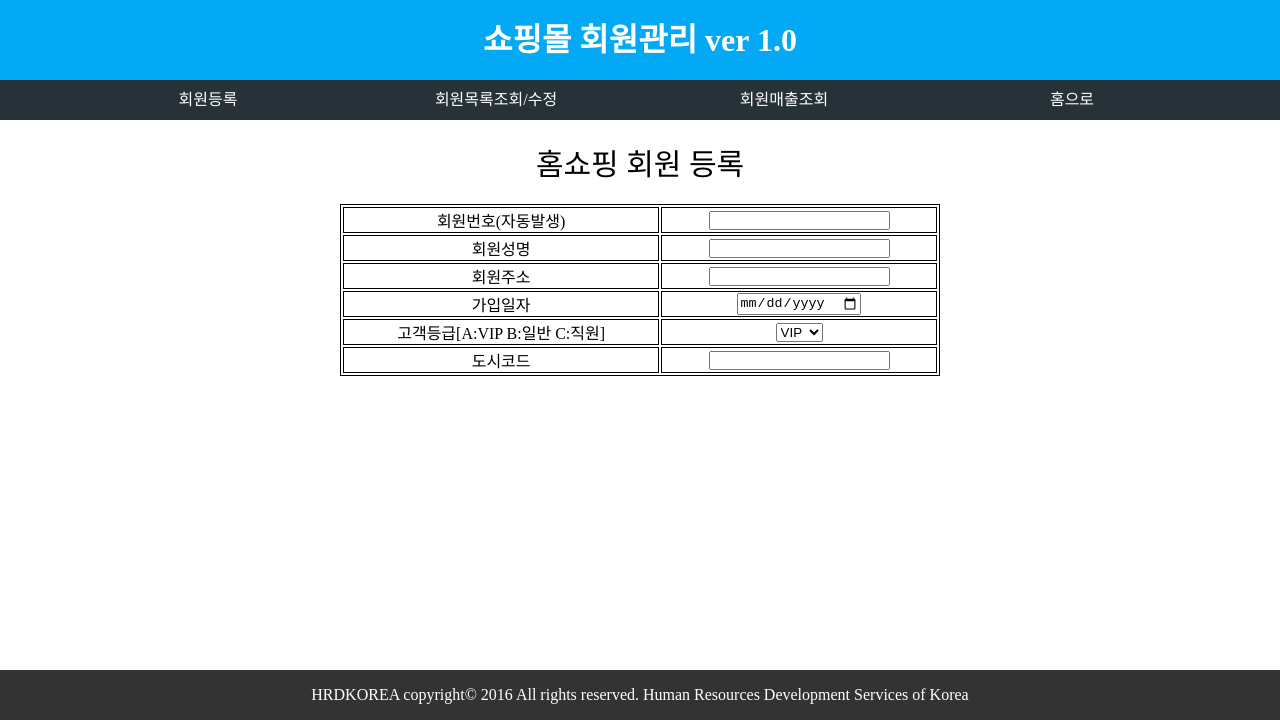
Repository: choiyuhee0722/two-crud
Page: http://localhost/HRD_000/WEB-INF/view/memberInput.jsp
These files come from the project's save history. The page is drawn as it stood at one moment and after the next save; the edit follows.
The browser window is 1280 px wide. The pictures show the whole page.
The page is served by Tomcat 9. Nobody is signed in. Other server files are loaded and not shown. The template is opened directly, without the code that normally fills it, so the values that code supplies are empty.

Above is the page before, as saved 2024-03-27 10:48:13.

### HRD_000/src/main/webapp/WEB-INF/view/memberInput.jsp
<%@ page language="java" contentType="text/html; charset=UTF-8"
    pageEncoding="UTF-8"%>

<jsp:include page="master/header.jsp"/>

    <section>
    <div class="container">
    	<p class="title">홈쇼핑 회원 등록</p>
    	<form action="/memberInsert" method="post" name="frm">
    		<table width="600px">
    			<tr>
    				<td>회원번호(자동발생)</td>
    				<td><input type="number" value="${custno}" name="custno" id="custno" readonly="readonly"></td>
    			</tr>
    			<tr>
    				<td>회원성명</td>
    				<td><input type="text" id="phone" name="phone"></td>
    			</tr>
    			<tr>
    				<td>회원주소</td>
    				<td><input type="text" id="address" name="address"></td>
    			</tr>
    			<tr>
    				<td>가입일자</td>
    				<td><input type="date" id="joindate" name="joindate"></td>
    			</tr>
    			<tr>
    				<td>고객등급[A:VIP B:일반 C:직원]</td>
    				<td><select id="grade" name="grade">
    					<option value="A">VIP</option>
    					<option value="B">일반</option>
    					<option value="C">직원</option>
    					</select>
    				</td>
    			</tr>
    			<tr>
    				<td>도시코드</td>
    				<td><input type="text" id="city" name=""city""></td>
    			</tr>
    		</table>
    	</form>
    </div>
    </section>

<jsp:include page="master/footer.jsp"/>

### HRD_000/src/main/webapp/WEB-INF/view/master/header.jsp
<%@ page language="java" contentType="text/html; charset=EUC-KR"
    pageEncoding="UTF-8"%>
<!DOCTYPE html>
<html>
<head>
	<meta charset="UTF-8">
	<title>쇼핑몰 회원관리</title>
	<link rel="stylesheet" href="/css/style.css?after">
</head>
<body>
	<!-- header -->
	<header>
		<h1>쇼핑몰 회원관리 ver 1.0</h1>
	</header>
	<!-- //header -->

	<!-- nav -->
	<nav>
			<ul>
					<li><a href="/memberInsert">회원등록</a></li>
					<li><a href="/memberList">회원목록조회/수정</a></li>
					<li><a href="/memberMoneyList">회원매출조회</a></li>
					<li><a href="/">홈으로</a></li>
			</ul>
	</nav>
	<!--// nav -->
</body>
</html>

### HRD_000/src/main/webapp/WEB-INF/view/master/footer.jsp
<%@ page language="java" contentType="text/html; charset=EUC-KR"
    pageEncoding="UTF-8"%>
	<!-- footer -->
	<footer>
		HRDKOREA copyright&copy; 2016 All rights reserved.
		Human Resources Development Services of Korea
	</footer>
	<!-- //footer -->
</body>
</html>

### HRD_000/src/main/webapp/css/style.css
/* init */
*{
		padding: 0;
		margin: 0 auto;
}
ul{
		list-style: none;
}
a{
		color: inherit;
		text-decoration: none;
}

/*header*/
header{
		width: 100%;
		height: 80px;
		background-color: #03A9F4;
		text-align: center;
		line-height: 80px;
		color: white;
}

/*nav*/
nav{
		width: 100%;
		height: 40px;
		background: #263238;
		text-align: center;
		line-height: 40px;
		color: white;
}
nav > ul{
		width: 90%;
}
nav > ul > li{
		width: 25%;
		float: left;
}

/*section*/
section{
		width: 100%;
}
section > .container{
		padding: 20px;
		margin: 0 auto;
}
section > .container .title{
		font-size: 30px;
		text-align: center;
		margin-bottom: 20px;
}
table,th,td{
		border: 1px solid black;
		text-align: center;
}
/*footer*/
footer{
		width: 100%;
		height: 50px;
		line-height: 50px;
		text-align: center;
		background: #333;
		color: white;
		position: absolute;
		bottom: 0;
}
/*footer*/

After the next save:
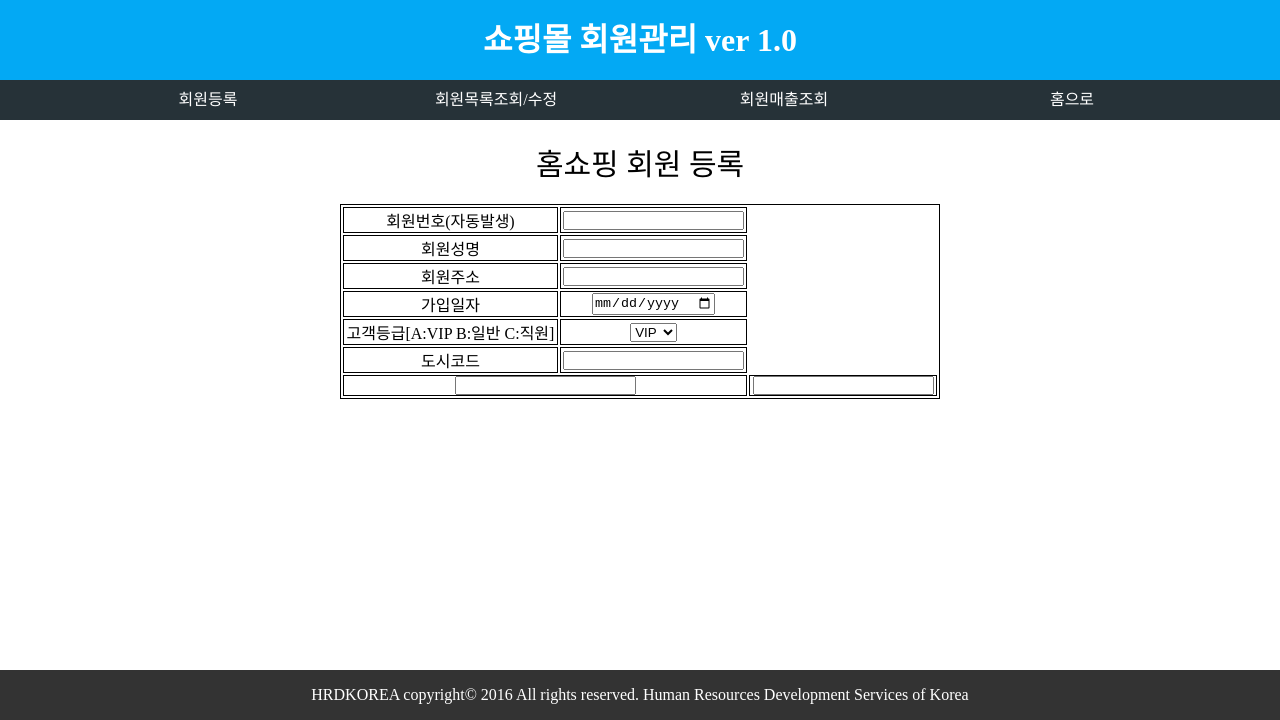
Saved 51 s later.
--- a/HRD_000/src/main/webapp/WEB-INF/view/memberInput.jsp
+++ b/HRD_000/src/main/webapp/WEB-INF/view/memberInput.jsp
@@ -37,6 +37,10 @@
     				<td>도시코드</td>
     				<td><input type="text" id="city" name=""city""></td>
     			</tr>
+    			<tr>
+    				<td colspan="2" align="center"><input type="text"></td>
+    				<td><input type="text" id="city" name=""city""></td>
+    			</tr>
     		</table>
     	</form>
     </div>
